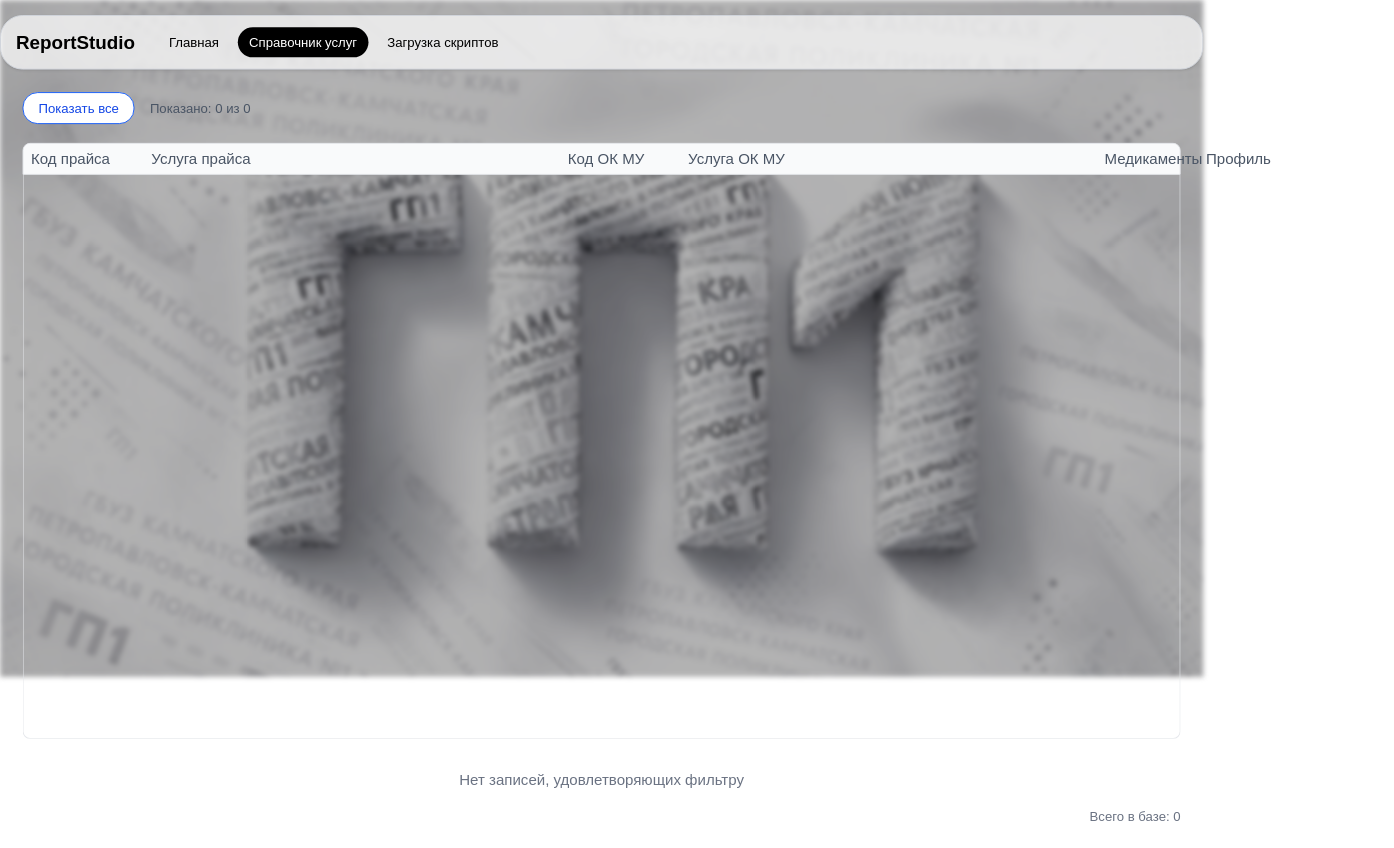
Repository: vladzap2423/report_studio_v2
Page: /services
The author's editor kept a copy of each file at every save. The page is drawn from the files as they stood at one save, then again after the next save.
The browser window is 1280 px wide. The page is 1483 px wide, so the pictures cover 1483 px, including what lies to the right of the window. The pictures show the whole page, at 94% of full size.
The page's requests for data from a server got no answer. The project was rebuilt for these pictures with package versions that can differ from the ones it lists, and the page was loaded fresh each time. The framework's server and built-in components were replaced by stand-ins that run in the browser. No one was signed in, and anything a server would have sent is missing. Also part of the build but not shown: next.config.ts.

Above is the page before, as saved 2026-03-17 15:19:54.

### src/app/layout.tsx
import type { Metadata } from "next";
import { Geist, Geist_Mono } from "next/font/google";
import "./globals.css";
import Header from "./components/Header";

const geistSans = Geist({
  variable: "--font-geist-sans",
  subsets: ["latin"],
});

const geistMono = Geist_Mono({
  variable: "--font-geist-mono",
  subsets: ["latin"],
});

export const metadata: Metadata = {
  title: "Create Next App",
  description: "Generated by create next app",
};

export default function RootLayout({
  children,
}: Readonly<{
  children: React.ReactNode;
}>) {
  return (
    <html lang="en">
      <body
        className={`${geistSans.variable} ${geistMono.variable} antialiased`}
      >
        <Header

          title="ReportStudio"
          links={[
            { label: "Главная", href: "/" },
            { label: "Справочник услуг", href: "/services" },
            { label:"Загрузка скриптов", href: "/load"}
          ]}
        />
        {children}
      </body>
    </html>
  );
}

### src/app/services/page.tsx
// src/app/services/page.tsx
"use client";

import { useEffect, useState, useMemo, useRef } from "react";
import { useVirtualizer, VirtualItem } from "@tanstack/react-virtual";

type Service = {
  ID: number;
  price_code: string | null;
  price_service: string | null;
  okmu_code: string | null;
  okmu_service: string | null;
  medicaments: number;
  profile: string | null;
};

export default function ServicesPage() {
  const [services, setServices] = useState<Service[]>([]);
  const [profiles, setProfiles] = useState<string[]>([]);
  const [showOnlyUsed, setShowOnlyUsed] = useState(true);
  const [loading, setLoading] = useState(true);

  const parentRef = useRef<HTMLDivElement>(null);

  // Загрузка данных
  const loadData = async () => {
    try {
      const [resServices, resProfiles] = await Promise.all([
        fetch("/api/services"),
        fetch("/api/profiles"),
      ]);

      if (!resServices.ok || !resProfiles.ok) throw new Error("Ошибка загрузки");

      const data = await resServices.json();
      const profList = await resProfiles.json();

      setServices(Array.isArray(data.services) ? data.services : []);
      setProfiles(Array.isArray(profList) ? profList : ["Терапия", "Хирургия", "Другое"]);
    } catch (err) {
      console.error(err);
    } finally {
      setLoading(false);
    }
  };

  useEffect(() => {
    loadData();
  }, []);

  const filteredServices = useMemo(() => {
    if (!showOnlyUsed) return services;
    return services.filter(
      (item) =>
        item.okmu_code &&
        item.okmu_code.trim() !== "" &&
        item.okmu_code.trim().toUpperCase() !== "NULL" &&
        item.okmu_code.trim() !== "-"
    );
  }, [services, showOnlyUsed]);

  const saveField = async (id: number, field: keyof Service, value: any) => {
    try {
      const res = await fetch("/api/services", {
        method: "PUT",
        headers: { "Content-Type": "application/json" },
        body: JSON.stringify({ id, field, value }),
      });
      if (!res.ok) throw new Error();

      setServices((prev) =>
        prev.map((item) => (item.ID === id ? { ...item, [field]: value } : item))
      );
    } catch {
      alert("Не удалось сохранить изменение");
    }
  };

  // Виртуализация строк
  const rowVirtualizer = useVirtualizer({
    count: filteredServices.length,
    getScrollElement: () => parentRef.current,
    estimateSize: () => 40,
    overscan: 10,
  });

  return (
    <div className="p-6 max-w-screen-2xl mx-auto">
      {loading && <div className="mb-4 text-sm text-gray-500">Загрузка данных...</div>}

      <div className="mb-5 flex items-center gap-4 flex-wrap">
        <button
          onClick={() => setShowOnlyUsed(!showOnlyUsed)}
          className={`px-4 py-1.5 text-sm font-medium rounded-2xl border transition-all
          ${
            showOnlyUsed
              ? "border-blue-600 text-blue-700 bg-white hover:bg-blue-50"
              : "border-gray-300 text-gray-700 bg-white hover:bg-gray-50"
          }`}
        >
          {showOnlyUsed ? "Показать все" : "Только используемые"}
        </button>
        <span className="text-sm text-gray-600">
          Показано: {filteredServices.length} из {services.length}
        </span>
      </div>

      {/* Заголовок таблицы */}
      <div className="grid grid-cols-[120px_435px_120px_435px_100px_200px] gap-2 bg-gray-50 border border-gray-200 rounded-t-lg px-2 py-1 font-medium text-gray-600">
        <div>Код прайса</div>
        <div>Услуга прайса</div>
        <div>Код ОК МУ</div>
        <div>Услуга ОК МУ</div>
        <div className="text-center">Медикаменты</div>
        <div>Профиль</div>
      </div>

      {/* Виртуализированные строки */}
      <div
        ref={parentRef}
        className="overflow-y-auto border border-t-0 border-gray-200 rounded-b-lg"
        style={{ height: "600px" }}
      >
        <div style={{ height: rowVirtualizer.getTotalSize(), position: "relative" }}>
          {rowVirtualizer.getVirtualItems().map((virtualRow: VirtualItem) => {
            const item = filteredServices[virtualRow.index];
            return (
              <div
                key={item.ID}
                style={{
                  position: "absolute",
                  top: 0,
                  left: 0,
                  width: "100%",
                  height: virtualRow.size,
                  transform: `translateY(${virtualRow.start}px)`,
                }}
                className="grid grid-cols-[120px_435px_120px_435px_100px_200px] gap-2 bg-gray-50/70 border-b border-gray-200 items-center px-2 hover:bg-gray-50"
              >
                <input
                  defaultValue={item.price_code ?? ""}
                  onBlur={(e) => saveField(item.ID, "price_code", e.target.value)}
                  className="w-full border border-transparent bg-transparent px-1.5 py-0.5 text-sm rounded focus:border-blue-400 focus:bg-white focus:outline-none"
                />
                <input
                  defaultValue={item.price_service ?? ""}
                  onBlur={(e) => saveField(item.ID, "price_service", e.target.value)}
                  className="w-full border border-transparent bg-transparent px-1.5 py-0.5 text-sm rounded focus:border-blue-400 focus:bg-white focus:outline-none"
                />
                <input
                  defaultValue={item.okmu_code ?? ""}
                  onBlur={(e) => saveField(item.ID, "okmu_code", e.target.value)}
                  className="w-full border border-transparent bg-transparent px-1.5 py-0.5 text-sm rounded focus:border-blue-400 focus:bg-white focus:outline-none"
                />
                <input
                  defaultValue={item.okmu_service ?? ""}
                  onBlur={(e) => saveField(item.ID, "okmu_service", e.target.value)}
                  className="w-full border border-transparent bg-transparent px-1.5 py-0.5 text-sm rounded focus:border-blue-400 focus:bg-white focus:outline-none"
                />
                <input
                  type="number"
                  defaultValue={item.medicaments ?? 0}
                  onBlur={(e) =>
                    saveField(item.ID, "medicaments", Number(e.target.value) || 0)
                  }
                  className="w-full text-center border border-transparent bg-transparent px-1.5 py-0.5 text-sm rounded focus:border-blue-400 focus:bg-white focus:outline-none"
                />
                <select
                  defaultValue={item.profile ?? ""}
                  onChange={(e) => saveField(item.ID, "profile", e.target.value)}
                  className="w-full border border-transparent bg-white px-1.5 py-0.5 text-sm rounded focus:border-blue-400 focus:outline-none"
                >
                  <option value="">— не выбран —</option>
                  {profiles.map((p) => (
                    <option key={p} value={p}>
                      {p}
                    </option>
                  ))}
                </select>
              </div>
            );
          })}
        </div>
      </div>

      {filteredServices.length === 0 && !loading && (
        <p className="mt-8 text-center text-gray-500">Нет записей, удовлетворяющих фильтру</p>
      )}

      <p className="mt-4 text-sm text-gray-500 text-right">
        Всего в базе: {services.length}
      </p>
    </div>
  );
}

### src/app/globals.css
@import "tailwindcss";

:root {
  --background: #ffffff;
  --foreground: #171717;
  color-scheme: light;
}

@theme inline {
  --color-background: var(--background);
  --color-foreground: var(--foreground);
  --font-sans: var(--font-geist-sans);
  --font-mono: var(--font-geist-mono);
}

body {
  background: var(--background);
  color: var(--foreground);
  font-family: Arial, Helvetica, sans-serif;
  position: relative; /* важно для ::before */
  min-height: 100vh;
}

body::before {
  content: "";
  position: fixed;
  top: 0;
  left: 0;
  width: 100%;
  height: 100%;
  background-image: url("/fon.png");
  background-size: cover;
  background-position: center;
  background-repeat: no-repeat;
  filter: blur(3px) brightness(0.7);
  z-index: -1; /* чтобы контент был поверх фона */
}

### src/app/components/Header.tsx
"use client";

import React from "react";
import Link from "next/link";
import { usePathname } from "next/navigation";

type HeaderProps = {
  title?: string;
  links?: { label: string; href: string }[];
};

const Header: React.FC<HeaderProps> = ({ title = "ReportStudio", links = [] }) => {
  const pathname = usePathname();

  return (
    <header className="w-full flex justify-center mt-4">
      <div className="w-full max-w-7xl px-4 py-3 flex items-center space-x-6 bg-white/70 border border-gray-300 rounded-3xl shadow-sm">

        {/* Название */}
        <div className="text-xl font-semibold text-black">
          {title}
        </div>

        {/* Меню */}
        <nav className="flex space-x-2">
          {links.map((link) => {
            const isActive = pathname === link.href;

            return (
              <Link
                key={link.href}
                href={link.href}
                className={`px-3 py-1.5 rounded-3xl text-sm transition-colors ${
                  isActive
                    ? "bg-black text-white"
                    : "text-black hover:bg-gray-100"
                }`}
              >
                {link.label}
              </Link>
            );
          })}
        </nav>

      </div>
    </header>
  );
};

export default Header;

After the next save:
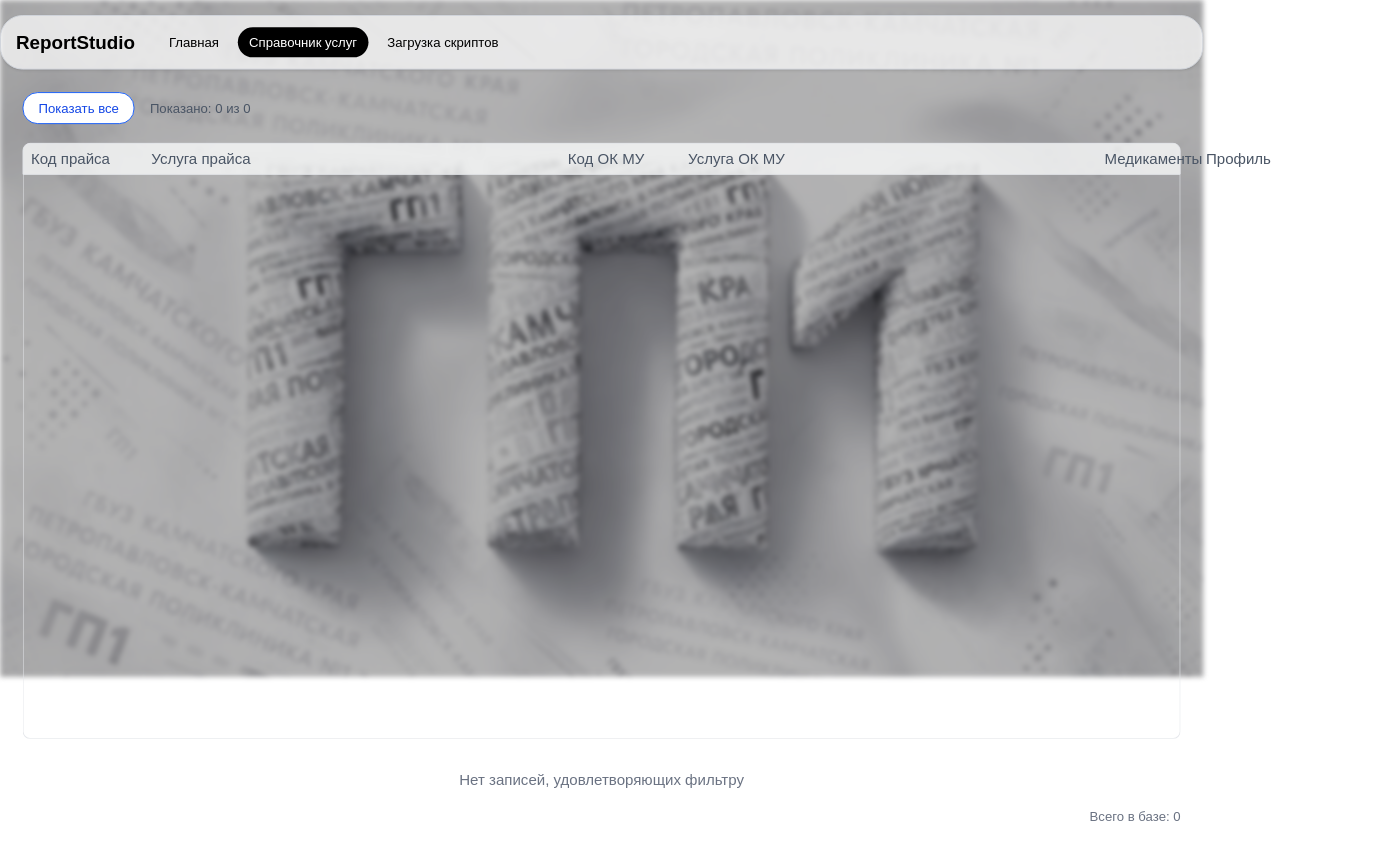
Saved 9 s later.
--- a/src/app/services/page.tsx
+++ b/src/app/services/page.tsx
@@ -106,7 +106,7 @@ export default function ServicesPage() {
       </div>
 
       {/* Заголовок таблицы */}
-      <div className="grid grid-cols-[120px_435px_120px_435px_100px_200px] gap-2 bg-gray-50 border border-gray-200 rounded-t-lg px-2 py-1 font-medium text-gray-600">
+      <div className="grid grid-cols-[120px_435px_120px_435px_100px_200px] gap-2 bg-gray-50/80 border border-gray-200 rounded-t-lg px-2 py-1 font-medium text-gray-600">
         <div>Код прайса</div>
         <div>Услуга прайса</div>
         <div>Код ОК МУ</div>
